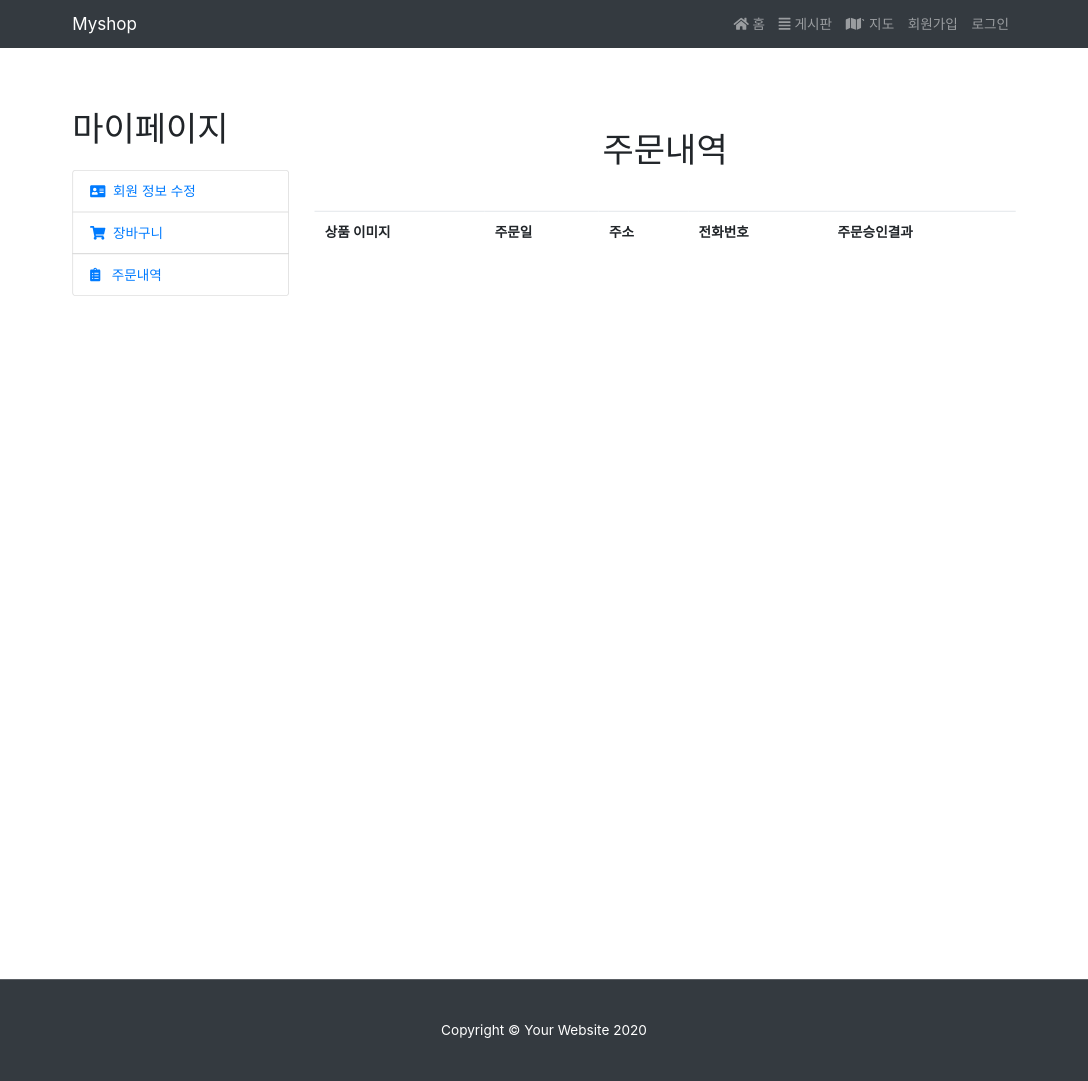
Repository: KimBiYam/ShoppingMallProject
Page: http://localhost/MyShop/WEB-INF/views/product/orderlist.jsp
An editor plug-in stored every save of this project. The page is shown before and after the next save, followed by the edit.
The browser window is 1280 px wide. The pictures show the whole page, at 85% of full size.
Some web libraries are served in a nearby version. The page is served by Tomcat 9. Nobody is signed in. Other server files are loaded and not shown. The template is opened directly, without the code that normally fills it, so the values that code supplies are empty.

Above is the page before, as saved 2020-04-23 06:29:48.

### MyShop/src/main/webapp/WEB-INF/views/product/orderlist.jsp
<%@ page language="java" contentType="text/html; charset=UTF-8"
	pageEncoding="UTF-8"%>
<%@taglib prefix="c" uri="http://java.sun.com/jsp/jstl/core"%>
<%@taglib prefix="fmt" uri="http://java.sun.com/jsp/jstl/fmt" %>
<%@taglib prefix="sec" uri="http://www.springframework.org/security/tags"%>
<!DOCTYPE html>
<html lang="en">
<head>
<meta charset="utf-8">
<meta name="viewport"
	content="width=device-width, initial-scale=1, shrink-to-fit=no">
<meta name="description" content="">
<meta name="author" content="">

<title>주문내역</title>
</head>
<body>
	<jsp:include page="../includes/header.jsp" />
	<jsp:include page="../includes/usersidebar.jsp" />
	<div class="col-lg-9">
		<h1 class="my-5 text-center">주문내역</h1>
		<table class="table">
			<tr>
				<th>상품 이미지</th>
				<th>주문일</th>
				<th>주소</th>
				<th>전화번호</th>
				<th>주문승인결과</th>
			</tr>
			<c:forEach items="${orderlist }" var="orderlist">
			<tr>
				<td><a href="/myshop/product/order/get?ordercode=${orderlist.ordercode }">${orderlist.orderid }</a></td>
				<td><fmt:formatDate value="${orderlist.orderdate }"/> </td>
				<td>${orderlist.addr }</td>
				<td>${orderlist.tel }</td>
				<c:if test="${orderlist.approval eq 0 }">
				<td>승인안됨</td>
				</c:if>
				<c:if test="${orderlist.approval eq 1 }">
				<td>처리완료</td>
				</c:if>
			</tr>
			</c:forEach>
		</table>
	</div>
	<!-- /.col-lg-9 -->
	</div>
	<!-- /.row -->
	</div>
	<!-- /.container -->
	<jsp:include page="../includes/footer.jsp"></jsp:include>

<script type="text/javascript">
</script>
</body>

</html>

### MyShop/src/main/webapp/WEB-INF/views/includes/header.jsp
<%@ page language="java" contentType="text/html; charset=UTF-8"
	pageEncoding="UTF-8"%>
<%@taglib prefix="sec"
	uri="http://www.springframework.org/security/tags"%>
<%@taglib prefix="c" uri="http://java.sun.com/jsp/jstl/core"%>
<!DOCTYPE html>
<!-- Bootstrap core CSS -->
<link href="/myshop/resources/vendor/bootstrap/css/bootstrap.min.css"
	rel="stylesheet">
<!-- Custom styles for this template -->
<link href="/myshop/resources/css/shop-homepage.css" rel="stylesheet">
<!-- Bootstrap core JavaScript -->
<script src="/myshop/resources/vendor/jquery/jquery.min.js"></script>
<script
	src="/myshop/resources/vendor/bootstrap/js/bootstrap.bundle.min.js"></script>
<script
	src="https://t1.daumcdn.net/mapjsapi/bundle/postcode/prod/postcode.v2.js"></script>
<script src="/myshop/resources/js/member.js"></script>
<script
	src="https://cdnjs.cloudflare.com/ajax/libs/font-awesome/5.11.2/js/all.min.js"
	crossorigin="anonymous"></script>

<!-- Navigation -->
<nav class="navbar navbar-expand-lg navbar-dark bg-dark fixed-top">
	<div class="container">
		<a class="navbar-brand" href="/myshop">Myshop</a>
		<button class="navbar-toggler" type="button" data-toggle="collapse"
			data-target="#navbarResponsive" aria-controls="navbarResponsive"
			aria-expanded="false" aria-label="Toggle navigation">
			<span class="navbar-toggler-icon"></span>
		</button>
		<div class="collapse navbar-collapse" id="navbarResponsive">
			<ul class="navbar-nav ml-auto">
				<li class="nav-item"><a class="nav-link" href="/myshop"><i
						class="fas fa-home"></i> 홈 </a></li>
				<li class="nav-item"><a class="nav-link"
					href="/myshop/board/list"><i class="fas fa-align-justify"></i>
						게시판</a></li>
				<li class="nav-item"><a class="nav-link" href="/myshop/map"><i
						class="fa fa-map"></i>` 지도</a></li>
				<sec:authorize access="isAnonymous()">
					<li class="nav-item"><a class="nav-link"
						href="javascript:join()">회원가입</a></li>
					<li class="nav-item"><a class="nav-link"
						href="javascript:login()">로그인</a></li>
				</sec:authorize>
				<sec:authorize access="isAuthenticated()">
					<sec:authorize access='hasRole("ROLE_USER")'>
						<li class="nav-item"><a class="nav-link"
							href="/myshop/user/update"><i class="far fa-address-book"></i>
								마이 페이지</a></li>
						<li class="nav-item"><a
							href="/myshop/product/cart?userid=<sec:authentication property="principal.username"/>"
							class="nav-link"><i class="fas fa-shopping-cart"></i> 장바구니</a></li>
						<li class="nav-item"><a class="nav-link"
							href="/myshop/product/order/list?userid=<sec:authentication property="principal.username"/>"><i
								class="fas fa-clipboard-list"></i> 주문 내역</a></li>
					</sec:authorize>
					<sec:authorize access='hasRole("ROLE_ADMIN")'>
						<li class="nav-item"><a class="nav-link"
							href="/myshop/admin/list"><i class="fas fa-address-card"></i>
								회원 관리</a></li>
						<li class="nav-item"><a class="nav-link"
							href="/myshop/product/category/list"><i class="fas fa-tags"></i>
								카테고리 관리</a></li>
						<li class="nav-item"><a class="nav-link"
							href="/myshop/product/order/admin/list"><i
								class="fas fa-clipboard-list"></i> 주문 관리</a></li>
						<li class="nav-item"><a class="nav-link"
							href="/myshop/product/register"><i
								class="fas fa-balance-scale"></i> 상품 등록</a></li>
					</sec:authorize>
					<li class="nav-item">
						<form id="logoutForm" action="/myshop/logout" method="post">
							<input type="hidden" name="${_csrf.parameterName }"
								value="${_csrf.token }">
						</form> <a class="nav-link" href="javascript:logout()">로그아웃</a>
					</li>
				</sec:authorize>
			</ul>
		</div>
	</div>
</nav>
<!-- #joinModal -->
<div class="modal fade" id="joinModal" tabindex="-1" role="dialog"
	aria-labelledby="myModalLabel" aria-hidden="true">
	<div class="modal-dialog">
		<div class="modal-content">
			<div
				class="modal-header justify-content-center font-weight-light my-4">
				<h3 class="modal-title" id="myModalLabel">회원가입</h3>
			</div>
			<div class="modal-body">
				<form id="joinForm" action="/myshop/user/join" method="post">
					<input type="hidden" name="${_csrf.parameterName }"
						value="${_csrf.token }"> <input type="hidden" name="addr"
						id="addr"> <input type="hidden" name="idcheck"
						id="idcheck" value="0">
					<div class="form-group">
						<label class="small mb-1" for="joinid">ID</label>
						<div class="input-group">
							<input class="form-control input-group-prepend joinInput"
								name="userid" id="joinid" type="text" placeholder="아이디를 입력하세요" />
							<button type="button" id="idcheckBtn"
								class="btn btn-outline-info input-group-append">중복체크</button>
						</div>
					</div>
					<div class="form-group">
						<label class="small mb-1" for="joinpw">Password</label> <input
							class="form-control joinInput" name="userpw" id="joinpw"
							type="password" placeholder="패스워드를 입력하세요" />
					</div>
					<div class="form-group">
						<label class="small mb-1" for="userpw">Password 확인</label> <input
							class="form-control joinInput" id="pwdcheck" type="password"
							placeholder="패스워드를 입력하세요" />
					</div>
					<div class="form-group">
						<label class="small mb-1" for="username">이름</label> <input
							class="form-control joinInput" name="username" id="username"
							type="text" placeholder="이름을 입력하세요" />
					</div>
					<div class="form-group">
						<label class="small mb-1" for="tel">휴대전화</label> <input
							class="form-control joinInput" name="tel" id="tel" type="tel"
							maxlength="13" placeholder="전화번호를 입력하세요" />
					</div>
					<div class="form-group">
						<label class="small mb-1" for="email">이메일</label> <input
							class="form-control joinInput" name="email" id="email"
							type="email" placeholder="이메일을 입력하세요" />
					</div>
					<div class="form-group">
						<label class="small mb-1">우편번호</label> <input
							class="form-control joinInput" style="width: 30%" type="text"
							name="zipcode" id="zipcode" readonly="readonly">
					</div>
					<div class="form-group">
						<label class="small mb-1">주소</label>
						<div class="input-group">
							<input class="form-control input-group-prepend joinInput"
								type="text" id="addrView" readonly="readonly">
							<button type="button" id="addrBtn"
								class="btn btn-outline-primary input-group-apeend">주소
								검색</button>
						</div>
					</div>
					<div class="form-group">
						<label class="small mb-1" for="addrDetail">상세주소</label> <input
							class="form-control joinInput" name="addrDetail" id="addrDetail"
							type="text" placeholder="상세주소를 입력하세요" />
					</div>
					<div class="form-group">
						<label class="small mb-1" for="role">관리자 코드</label> <input
							class="form-control joinInput" name="admincode" id="admincode"
							type="text" placeholder="관리자가 되려면 코드를 입력하세요" />
					</div>
					<div class="form-group mt-4 mb-0">
						<button type="button" class="btn btn-primary float-right"
							id="joinBtn">회원가입</button>
					</div>
				</form>
			</div>
		</div>
		<!-- /.modal-content -->
	</div>
	<!-- /.modal-dialog -->
</div>
<!-- /#joinModal -->
<!-- #loginModal -->
<div class="modal fade" id="loginModal" tabindex="-1" role="dialog"
	aria-labelledby="myModalLabel" aria-hidden="true">
	<div class="modal-dialog">
		<div class="modal-content">
			<div
				class="modal-header justify-content-center font-weight-light my-4">
				<h3 class="modal-title" id="myModalLabel">로그인</h3>
			</div>
			<div class="modal-body">
				<form id="loginForm" action="/myshop/login" method="post">
					<input type="hidden" name="${_csrf.parameterName }"
						value="${_csrf.token }">
					<div class="form-group">
						<label class="small mb-1" for="userid">ID</label>
						<div class="input-group">
							<input class="form-control input-group-prepend" name="username"
								id="loginid" type="text" placeholder="아이디를 입력하세요" />
						</div>
					</div>
					<div class="form-group">
						<label class="small mb-1" for="userpw">Password</label> <input
							class="form-control" name="password" id="loginpw" type="password"
							placeholder="패스워드를 입력하세요" />
					</div>
					<div class="form-group">
						<div class="custom-control custom-checkbox">
							<input class="custom-control-input" name="remember-me"
								id="remember-me" type="checkbox" /> <label
								class="custom-control-label" for="remember-me">자동 로그인</label>
						</div>
					</div>
					<div class="form-group mt-4 mb-0">
						<button type="button" class="btn btn-primary float-right" id="loginBtn">로그인</button>
					</div>
				</form>
				<!-- 네이버 로그인 창 -->
				<div id="naver_id_login float-left" style="text-align: center">
					<a class="float-left" href="${url }"> <img width="223" src="/myshop/resources/img/login.PNG" /></a>
				</div>
			</div>
		</div>
		<!-- /.modal-content -->
	</div>
	<!-- /.modal-dialog -->
</div>
<!-- /#loginModal -->

### MyShop/src/main/webapp/WEB-INF/views/includes/usersidebar.jsp
<%@ page language="java" contentType="text/html; charset=UTF-8"
    pageEncoding="UTF-8"%>
<%@taglib prefix="sec" uri="http://www.springframework.org/security/tags" %>
  <!-- Page Content -->
  <div class="container my-5" style="min-height: 1000px">
    <div class="row">
      <div class="col-lg-3">
        <h1 class="my-4">마이페이지</h1>
        <div class="list-group">
          <a href="/myshop/user/update" class="list-group-item"><i class="fas fa-address-card"></i>&nbsp;&nbsp;회원 정보 수정</a>
          <a href="/myshop/product/cart?userid=<sec:authentication property="principal.username"/>" class="list-group-item"><i class="fas fa-shopping-cart"></i>&nbsp;&nbsp;장바구니</a>
          <a href="/myshop/product/order/list?userid=<sec:authentication property="principal.username"/>" class="list-group-item"><i class="fas fa-clipboard-list"></i>&nbsp;&nbsp;&nbsp;주문내역</a>
        </div>
      </div>
      <!-- /.col-lg-3 -->

### MyShop/src/main/webapp/WEB-INF/views/includes/footer.jsp
<%@ page language="java" contentType="text/html; charset=UTF-8"
    pageEncoding="UTF-8"%>
<!DOCTYPE html>
  <!-- Footer -->
  <footer class="py-5 bg-dark">
    <div class="container">
      <p class="m-0 text-center text-white">Copyright &copy; Your Website 2020</p>
    </div>
    <!-- /.container -->
  </footer>

### MyShop/src/main/webapp/resources/js/member.js
//회원가입 폼
function join() {
	$(".joinInput").val("");
	$("#joinModal").modal("show");
	$("#joinid").removeAttr("readonly");
	$("#idcheck").val("0");
}
//로그인 폼
function login() {
	$("#loginid").val("");
	$("#loginpw").val("");
	$("#loginModal").modal("show");
}
//로그아웃 버튼
function logout(){
	alert("로그아웃 되었습니다");
	$("#logoutForm").submit();
}

$(function() {
//	이메일 정규식
var regemail=/^[-A-Za-z0-9_]+[-A-Za-z0-9_.]*[@]{1}[-A-Za-z0-9_]+[-A-Za-z0-9_.]*[.]{1}[A-Za-z]{1,5}$/;
var regtel = /^(01[016789]{1}|02|0[3-9]{1}[0-9]{1})-?[0-9]{3,4}-?[0-9]{4}$/;

//	아이디 한글 입력 방지
	$("#joinid").on("blur keyup",function(){
		$(this).val($(this).val().replace(/[ㄱ-ㅎ|ㅏ-ㅣ|가-힣]/g,''));
	})
	$("#loginid").on("blur keyup",function(){
		$(this).val($(this).val().replace(/[ㄱ-ㅎ|ㅏ-ㅣ|가-힣]/g,''));
	})
//	전화번호 자동 하이픈
	$('#tel').keydown(function(event) {
	    var key = event.charCode || event.keyCode || 0;
	    $text = $(this);
	    if (key !== 8 && key !== 9) {
	        if ($text.val().length === 3) {
	            $text.val($text.val() + '-');
	        }
	        if ($text.val().length === 8) {
	            $text.val($text.val() + '-');
	        }
	    }

	    return (key == 8 || key == 9 || key == 46 || (key >= 48 && key <= 57) || (key >= 96 && key <= 105));
	});

//	이름 한글만 입력
	$("#username").on("blur keyup",function(){
		$(this).val($(this).val().replace(/[a-z0-9]|[ \[\]{}()<>?|`~!@#$%^&*-_+=,.;:\"'\\]/g,''));
	})

	// 회원가입
	$("#joinBtn").on("click", function() {
		if ($("#joinnid").val() == "") {
			alert("아이디를 입력하세요");
			$("#joinnid").focus();
			return false;
		}
		if ($("#joinpw").val() == "") {
			alert("패스워드를 입력하세요");
			$("#joinpw").focus();
			return false;
		}
		if ($("#pwdcheck").val() == "") {
			alert("패스워드 확인을 입력하세요");
			$("#pwdcheck").focus();
			return false;
		}
		if ($("#username").val() == "") {
			alert("이름을 입력하세요");
			$("#username").focus();
			return false;
		}
		if ($("#tel").val() == "") {
			alert("전화번호를 입력하세요");
			$("#tel").focus();
			return false;
		}
		if ($("#email").val() == "") {
			alert("이메일을 입력하세요");
			$("#email").focus();
			return false;
		}
		if ($("#addrView").val() == "") {
			alert("주소를 검색하세요");
			return false;
		}
		if ($("#addrDetail").val() == "") {
			alert("상세주소를 입력하세요");
			$("#addrDetail").focus();
			return false;
		}

		if ($("#idcheck").val() == "0") {
			alert("아이디 중복체크를 하세요");
			return false;
		}
		if ($("#joinpw").val() != $("#pwdcheck").val()) {
			alert("패스워드가 틀렸습니다");
			$("#joinpw").val("");
			$("#pwdcheck").val("");
			$("#joinpw").focus();
			return false;
		}
		if(!regtel.exec($("#tel").val())){
			alert("전화번호 양식이 틀렸습니다");
			$("#tel").val("");
			$("#tel").focus();
			return false;
		}
		if(!regemail.exec($("#email").val())){
			alert("이메일 양식이 틀렸습니다");
			$("#email").val("");
			$("#email").focus();
			return false;
		}

		var addr = $("#addrView").val() + " " + $("#addrDetail").val();
		$("#addr").val(addr);

		$("#joinForm").submit();
		alert("회원가입이 완료 되었습니다!");
	});

	$("#idcheckBtn").click(function() {
		if ($("#joinid").val() == "") {
			alert("ID를 입력해주세요");
			$("#registerid").focus();
			return false;
		}
		if ($("#idcheck").val() == "1") {
			$("#joinid").removeAttr("readonly");
			$("#joinid").val("");
			$("#idcheck").val("0");
			return false;
		}
		$.get("/myshop/user/idcheck", {
			"userid" : $("#joinid").val()
		}, function(data) {
			if (data == "no"){
				alert("이미 가입된 아이디 입니다");
				$("#joinid").val("");
				$("#joinid").focus();
			}
			if (data == "yes") {
				alert("사용 가능한 아이디 입니다");
				$("#joinid").attr("readonly", "readonly");
				$("#idcheck").val("1");
			}


		})
	});

	// 카카오 주소 API 팝업
	$("#addrBtn").on(
			"click",
			function() {
				new daum.Postcode(
						{
							oncomplete : function(data) {
								// 팝업에서 검색결과 항목을 클릭했을때 실행할 코드를 작성하는 부분.

								// 각 주소의 노출 규칙에 따라 주소를 조합한다.
								// 내려오는 변수가 값이 없는 경우엔 공백('')값을 가지므로, 이를 참고하여 분기
								// 한다.
								var addr = ''; // 주소 변수
								var extraAddr = ''; // 참고항목 변수

								// 사용자가 선택한 주소 타입에 따라 해당 주소 값을 가져온다.
								if (data.userSelectedType === 'R') { // 사용자가
																		// 도로명
																		// 주소를
																		// 선택했을
																		// 경우
									addr = data.roadAddress;
								} else { // 사용자가 지번 주소를 선택했을 경우(J)
									addr = data.jibunAddress;
								}

								// 사용자가 선택한 주소가 도로명 타입일때 참고항목을 조합한다.
								if (data.userSelectedType === 'R') {
									// 법정동명이 있을 경우 추가한다. (법정리는 제외)
									// 법정동의 경우 마지막 문자가 "동/로/가"로 끝난다.
									if (data.bname !== ''
											&& /[동|로|가]$/g.test(data.bname)) {
										extraAddr += data.bname;
									}
									// 건물명이 있고, 공동주택일 경우 추가한다.
									if (data.buildingName !== ''
											&& data.apartment === 'Y') {
										extraAddr += (extraAddr !== '' ? ', '
												+ data.buildingName
												: data.buildingName);
									}
									// 표시할 참고항목이 있을 경우, 괄호까지 추가한 최종 문자열을 만든다.
									if (extraAddr !== '') {
										extraAddr = ' (' + extraAddr + ')';
									}
									// 조합된 참고항목을 해당 필드에 넣는다.
									// document.getElementById("sample6_extraAddress").value
									// = extraAddr;

								} else {
									// document.getElementById("sample6_extraAddress").value
									// = '';
								}

								// 우편번호와 주소 정보를 해당 필드에 넣는다.
								$("#zipcode").val(data.zonecode);
								$("#addrView").val(addr);
								// 커서를 상세주소 필드로 이동한다.
								$("#addrDetail").focus();
							}
						}).open();
			});

	// 로그인
	$("#loginBtn").on("click", function() {
		if ($("#loginid").val() == "") {
			alert("아이디를 입력하세요");
			$("#loginid").focus();
			return false;
		}
		if ($("#loginpw").val() == "") {
			alert("패스워드를 입력하세요");
			$("#loginpw").focus();
			return false;
		}
		$("#loginForm").submit();
	});

})

Loaded but not shown: MyShop/src/main/webapp/resources/css/shop-homepage.css (common file)

After the next save:
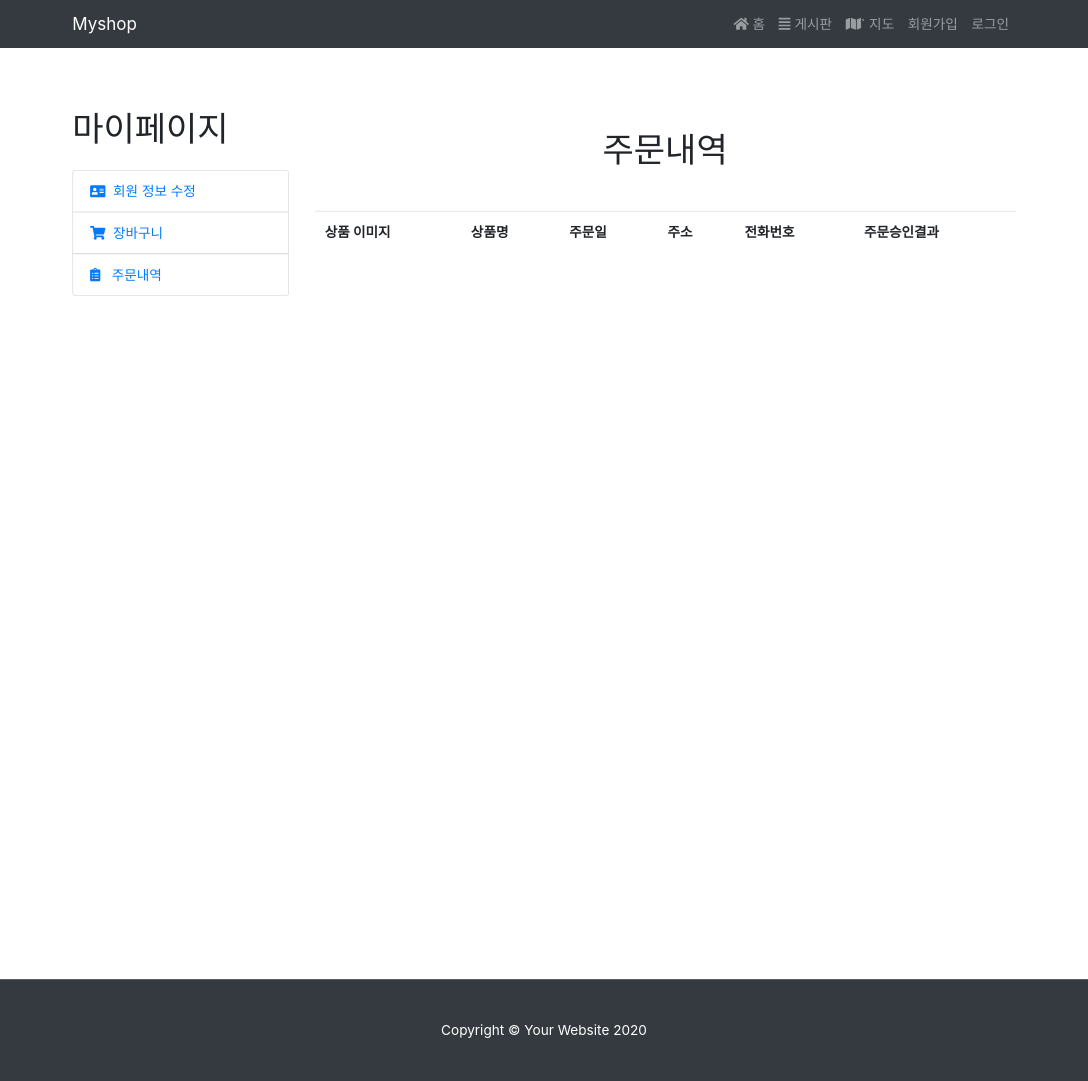
Saved 9 s later.
--- a/MyShop/src/main/webapp/WEB-INF/views/product/orderlist.jsp
+++ b/MyShop/src/main/webapp/WEB-INF/views/product/orderlist.jsp
@@ -22,6 +22,7 @@
 		<table class="table">
 			<tr>
 				<th>상품 이미지</th>
+				<th>상품명</th>
 				<th>주문일</th>
 				<th>주소</th>
 				<th>전화번호</th>
